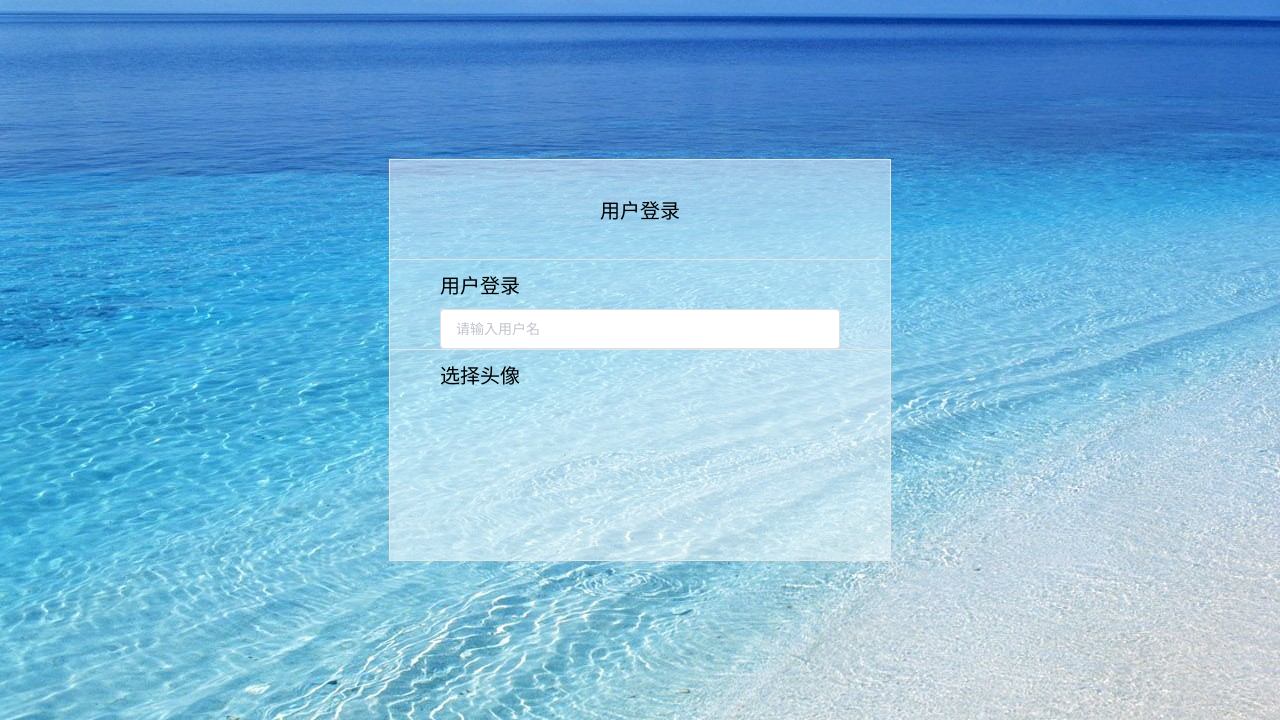
Repository: jinggegeZ/livechat
Page: /login
These files come from the project's save history. The page is drawn as it stood at one moment and after the next save; the edit follows.
The browser window is 1280 px wide. The pictures show the whole page.
The project was rebuilt for these pictures with package versions that can differ from the ones it lists, and the page was loaded fresh each time. Also part of the build but not shown: src/views/Home.vue.

Above is the page before, as saved 2020-08-17 15:17:13.

After the next save:
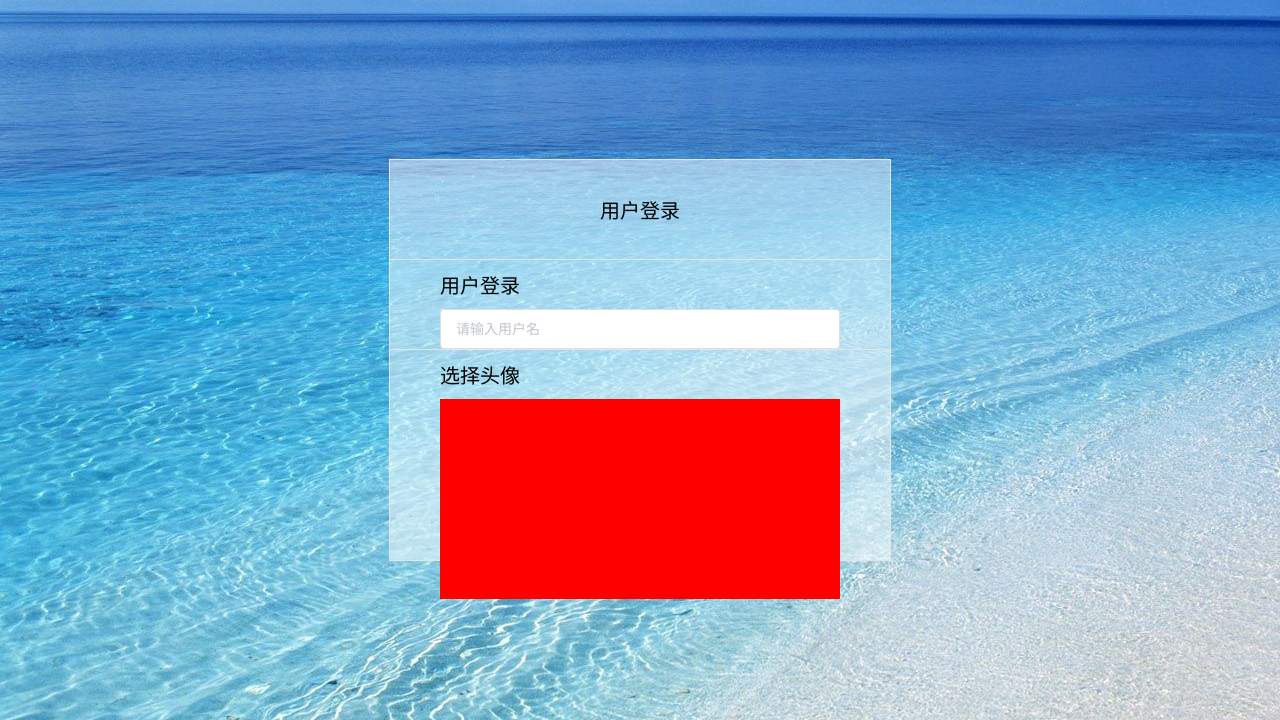
Saved 30 s later.
--- a/src/views/login.vue
+++ b/src/views/login.vue
@@ -95,6 +95,7 @@ export default {
 }
 .imgbox1 {
   width: 80%;
-  height: ;
+  height: 200px;
+  background:red;
 }
 </style>
